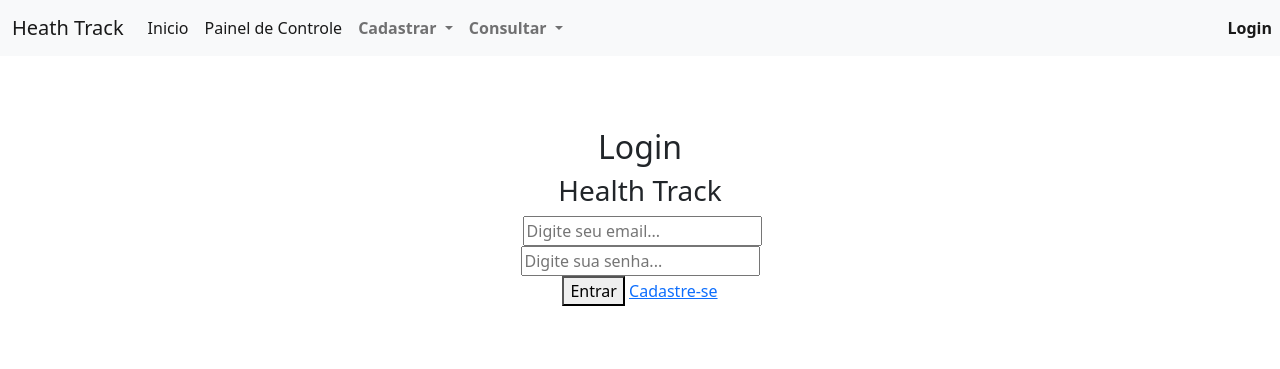
Repository: FellipySantos/HealthTrack_Finalizado
Page: http://localhost/JSPs/login.jsp
These files come from the project's save history. The page is drawn as it stood at one moment and after the next save; the edit follows.
The browser window is 1280 px wide. The pictures show the whole page.
The page is served by Tomcat 9. Other server files are loaded and not shown.

Above is the page before, as saved 2021-11-22 09:42:59.

### JSP/JSPs/WebContent/login.jsp
<%@ page language="java" contentType="text/html; charset=ISO-8859-1"
    pageEncoding="ISO-8859-1"%>
<!DOCTYPE html PUBLIC "-//W3C//DTD HTML 4.01 Transitional//EN" "http://www.w3.org/TR/html4/loose.dtd">
<html>
<head>
<meta http-equiv="Content-Type" content="text/html; charset=ISO-8859-1">
<title>Health Track</title>
<%@ include file="header.jsp" %>
</head>
<body>
<%@ include file="menu.jsp" %>

<br><br><br>



<center><body>
    <div>
         <h2>Login</h2>
        <form id="formLogin" method="Post" action="../../Login">
            <h3>Health Track</h3>
            <label id="msg"></label>
            <input type="email" name="email" id="email" placeholder="Digite seu email..." required><br>
            <input type="password" name="senha" id="senha" placeholder="Digite sua senha..." required><br>
            <button type="submit">Entrar</button>
            <a href="cadastro-atleta.jsp" >Cadastre-se</a>
        </form>
    </div>

    </center>
</body>



<%@ include file="footer.jsp" %>
</body>
</html>

### JSP/JSPs/WebContent/header.jsp
<%@ page language="java" contentType="text/html; charset=ISO-8859-1"
    pageEncoding="ISO-8859-1"%>
<!DOCTYPE html>
<html>
<head>
<meta charset="ISO-8859-1">

<link rel="stylesheet" type="text/css" href="resources/css/bootstrap.css">
<link rel="stylesheet" type="text/css" href="resources/css/bootstrap-grid.css">
<link rel="stylesheet" type="text/css" href="resources/css/bootstrap-reboot.css">

<script type="text/javascript" src="resources/js/jquery-3.6.0.min.js"></script>
<script type="text/javascript" src="resources/js/popper.min.js"></script>
<script type="text/javascript" src="resources/js/bootstrap.min.js"></script>
<script type="text/javascript" src="resources/js/bootstrap.min.js"></script>

<script src="https://stackpath.bootstrapcdn.com/bootstrap/4.3.1/js/bootstrap.min.js" integrity="sha384-JjSmVgyd0p3pXB1rRibZUAYoIIy6OrQ6VrjIEaFf/nJGzIxFDsf4x0xIM+B07jRM" crossorigin="anonymous"></script>


</head>






<body>



</body>



</html>

### JSP/JSPs/WebContent/menu.jsp

   <nav class="navbar navbar-expand-lg navbar-light bg-light">
        <div class="container-fluid">
          <a class="navbar-brand" href="index.jsp">Heath Track</a>
          <button class="navbar-toggler" type="button" data-bs-toggle="collapse" data-bs-target="#navbarSupportedContent" aria-controls="navbarSupportedContent" aria-expanded="false" aria-label="Toggle navigation">
            <span class="navbar-toggler-icon"></span>
          </button>
          <div class="collapse navbar-collapse" id="navbarSupportedContent">
            <ul class="navbar-nav me-auto mb-2 mb-lg-0">
              <li class="nav-item">
                <a class="nav-link active" aria-current="page" href="index.jsp">Inicio</a>
              </li>
              <li class="nav-item">
                <a class="nav-link active" aria-current="page" href="painel.jsp">Painel de Controle</a>
              </li>
              <li class="nav-item dropdown">
                <a class="nav-link dropdown-toggle" href="#" id="navbarDropdown" role="button" data-bs-toggle="dropdown" aria-expanded="false">
                  <b>Cadastrar</b>
                </a>
                <ul class="dropdown-menu" aria-labelledby="navbarDropdown">
                  <li><a class="dropdown-item" href="cadastro-dieta.jsp">Dieta</a></li>
                  <li><a class="dropdown-item" href="cadastro-pressao.jsp">Pressão</a></li>
                  <li><a class="dropdown-item" href="cadastro-treino.jsp">Treino</a></li>
                  <li><a class="dropdown-item" href="cadastro-imc.jsp">Imc</a></li>
                   <li><hr class="dropdown-divider"></li>
                  <li><a class="dropdown-item" href="cadastro-atleta.jsp">Atleta</a></li>
                  <li><a class="dropdown-item" href="cadastro-nutri.jsp">Nutricionista</a></li>
                  <li><a class="dropdown-item" href="cadastro-treinador.jsp">Treinador</a></li>
                </ul>
              </li>

                 <li class="nav-item dropdown">
                <a class="nav-link dropdown-toggle" href="#" id="navbarDropdown" role="button" data-bs-toggle="dropdown" aria-expanded="false">
                  <b>Consultar</b>
                </a>
                <ul class="dropdown-menu" aria-labelledby="navbarDropdown">
                  <li><a class="dropdown-item" href="dieta?acao=listar">Dieta</a></li>
                  <li><a class="dropdown-item" href="pressao?acao=listar">Pressão</a></li>
                  <li><a class="dropdown-item" href="treino?acao=listar">Treino</a></li>
                  <li><a class="dropdown-item" href="imc?acao=listar">Imc</a></li>
                  <li><hr class="dropdown-divider"></li>
                  <li><a class="dropdown-item" href="atleta?acao=listar">Atleta</a></li>
                  <li><a class="dropdown-item" href="nutri?acao=listar">Nutricionista</a></li>
                  <li><a class="dropdown-item" href="treinador?acao=listar">Treinador</a></li>
                </ul>
              </li>


            </ul>

          </div>

        </div>
        <div class="collapse navbar-collapse" id="navbarSupportedContent">
          <ul class="navbar-nav me-auto mb-2 mb-lg-0">
            <li class="nav-item">
              <b><a class="nav-link active" aria-current="page" href="login.jsp">Login</a></b>
            </li>
            </ul>
            </div>



      </nav>

### JSP/JSPs/WebContent/footer.jsp
<%@ page language="java" contentType="text/html; charset=ISO-8859-1"
    pageEncoding="ISO-8859-1"%>
<!DOCTYPE html>
<html>
<head>
<meta charset="ISO-8859-1">

<script type="text/javascript" src="resources/js/jquery-3.6.0.min.js"></script>
<script type="text/javascript" src="resources/js/bootstrap.min.js"></script>

</head>





<body>


</body>
</html>

Loaded but not shown: JSP/JSPs/WebContent/resources/css/bootstrap.css (library); JSP/JSPs/WebContent/resources/css/bootstrap-grid.css (library); JSP/JSPs/WebContent/resources/css/bootstrap-reboot.css (library); JSP/JSPs/WebContent/resources/js/jquery-3.6.0.min.js (library); JSP/JSPs/WebContent/resources/js/popper.min.js (library); JSP/JSPs/WebContent/resources/js/bootstrap.min.js (library)

After the next save:
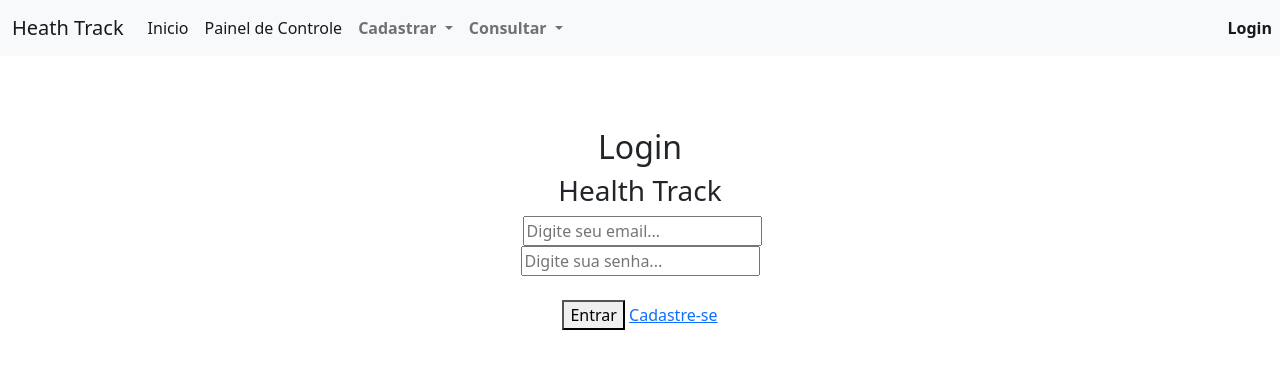
Saved 15 s later.
--- a/JSP/JSPs/WebContent/login.jsp
+++ b/JSP/JSPs/WebContent/login.jsp
@@ -21,7 +21,7 @@
             <h3>Health Track</h3>
             <label id="msg"></label>
             <input type="email" name="email" id="email" placeholder="Digite seu email..." required><br>
-            <input type="password" name="senha" id="senha" placeholder="Digite sua senha..." required><br>
+            <input type="password" name="senha" id="senha" placeholder="Digite sua senha..." required><br><br>
             <button type="submit">Entrar</button>
             <a href="cadastro-atleta.jsp" >Cadastre-se</a>
         </form>
